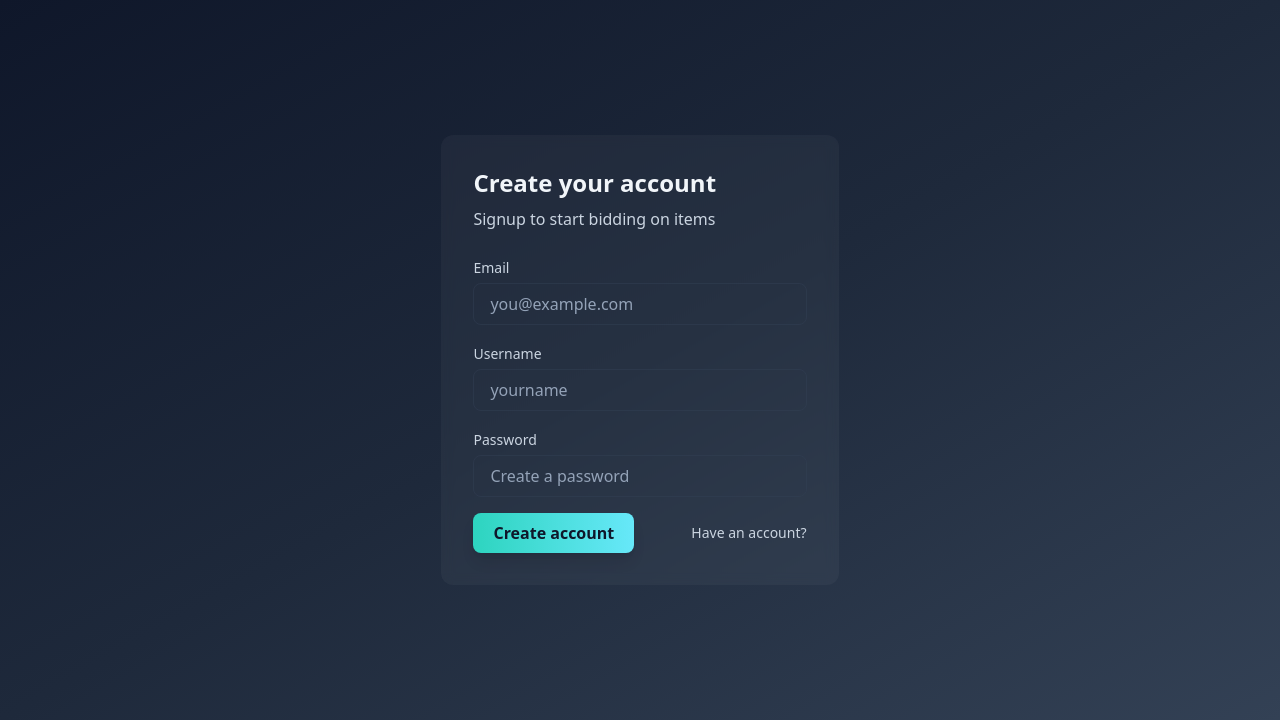
Repository: ChakraVaishnav/Online-Auction-System
Page: /signup (app in online-auction-system-frontend/)
These files come from the project's save history. The page is drawn as it stood at one moment and after the next save; the edit follows.
The browser window is 1280 px wide. The pictures show the whole page.
The project was rebuilt for these pictures with package versions that can differ from the ones it lists, and the page was loaded fresh each time. Also part of the build but not shown: online-auction-system-frontend/vite.config.js, online-auction-system-frontend/src/pages/Landing.jsx, online-auction-system-frontend/src/pages/Login.jsx, online-auction-system-frontend/src/App.css.

Above is the page before, as saved 2025-11-23 17:48:47.

### online-auction-system-frontend/index.html
<!doctype html>
<html lang="en">
  <head>
    <meta charset="UTF-8" />
    <link rel="icon" type="image/svg+xml" href="/vite.svg" />
    <meta name="viewport" content="width=device-width, initial-scale=1.0" />
    <title>online-auction-system-frontend</title>
  </head>
  <body>
    <div id="root"></div>
    <script type="module" src="/src/main.jsx"></script>
  </body>
</html>

### online-auction-system-frontend/src/index.css
@tailwind base;
@tailwind components;
@tailwind utilities;

:root{
	--brand-1: #0f172a; /* slate-900 */
	--brand-2: #0ea5a4; /* teal-400 */
	--accent: #f97316; /* orange-500 */
}

html,body,#root{
	height:100%;
}

body{
	@apply bg-gradient-to-br from-slate-900 via-slate-800 to-slate-700 text-slate-100 antialiased;
	font-family: ui-sans-serif, system-ui, -apple-system, "Segoe UI", Roboto, "Helvetica Neue", Arial;
}

.container-wide{
	@apply max-w-6xl mx-auto px-6;
}

.glass {
	background: rgba(255,255,255,0.04);
	backdrop-filter: blur(6px);
}

.btn-primary{
	@apply inline-flex items-center gap-2 bg-gradient-to-r from-teal-400 to-cyan-300 text-slate-900 font-semibold px-5 py-2 rounded-lg shadow-lg hover:scale-105 transition-transform;
}

.btn-outline{
	@apply inline-flex items-center gap-2 border border-slate-300/20 text-slate-100 px-4 py-2 rounded-lg hover:bg-white/5 transition;
}

.form-input{
	@apply w-full bg-transparent border border-slate-700/50 px-4 py-2 rounded-lg placeholder-slate-400 text-white focus:outline-none focus:ring-2 focus:ring-teal-400;
}

### online-auction-system-frontend/src/App.jsx
import { BrowserRouter, Routes, Route } from 'react-router-dom'
import Landing from './pages/Landing'
import Login from './pages/Login'
import Signup from './pages/Signup'
import './App.css'

function App() {
  return (
    <BrowserRouter>
      <Routes>
        <Route path="/" element={<Landing />} />
        <Route path="/login" element={<Login />} />
        <Route path="/signup" element={<Signup />} />
      </Routes>
    </BrowserRouter>
  )
}

export default App

### online-auction-system-frontend/src/pages/Signup.jsx
import { Link, useNavigate } from 'react-router-dom'
import { useState } from 'react'

export default function Signup(){
  const [email,setEmail] = useState('')
  const [username,setUsername] = useState('')
  const [password,setPassword] = useState('')
  const navigate = useNavigate()

  function handleSubmit(e){
    e.preventDefault()
    if(!email || !username || !password){
      alert('Please fill all fields')
      return
    }
    alert('Account created (demo): ' + username)
    navigate('/')
  }

  return (
    <div className="min-h-screen flex items-center">
      <div className="container-wide mx-auto">
        <div className="max-w-md mx-auto bg-transparent glass p-8 rounded-xl">
          <h2 className="text-2xl font-bold mb-2">Create your account</h2>
          <p className="text-slate-300 mb-6">Signup to start bidding on items</p>

          <form onSubmit={handleSubmit} className="space-y-4">
            <div>
              <label className="text-sm text-slate-300">Email</label>
              <input className="form-input mt-1" type="email" value={email} onChange={e=>setEmail(e.target.value)} placeholder="you@example.com" />
            </div>

            <div>
              <label className="text-sm text-slate-300">Username</label>
              <input className="form-input mt-1" type="text" value={username} onChange={e=>setUsername(e.target.value)} placeholder="yourname" />
            </div>

            <div>
              <label className="text-sm text-slate-300">Password</label>
              <input className="form-input mt-1" type="password" value={password} onChange={e=>setPassword(e.target.value)} placeholder="Create a password" />
            </div>

            <div className="flex items-center justify-between">
              <button className="btn-primary" type="submit">Create account</button>
              <Link to="/login" className="text-sm text-slate-300 hover:underline">Have an account?</Link>
            </div>
          </form>
        </div>
      </div>
    </div>
  )
}

### online-auction-system-frontend/tailwind.config.cjs
module.exports = {
  content: [
    './index.html',
    './src/**/*.{js,jsx,ts,tsx}'
  ],
  theme: {
    extend: {},
  },
  plugins: [],
}

Loaded but not shown: online-auction-system-frontend/src/main.jsx (common file)

After the next save:
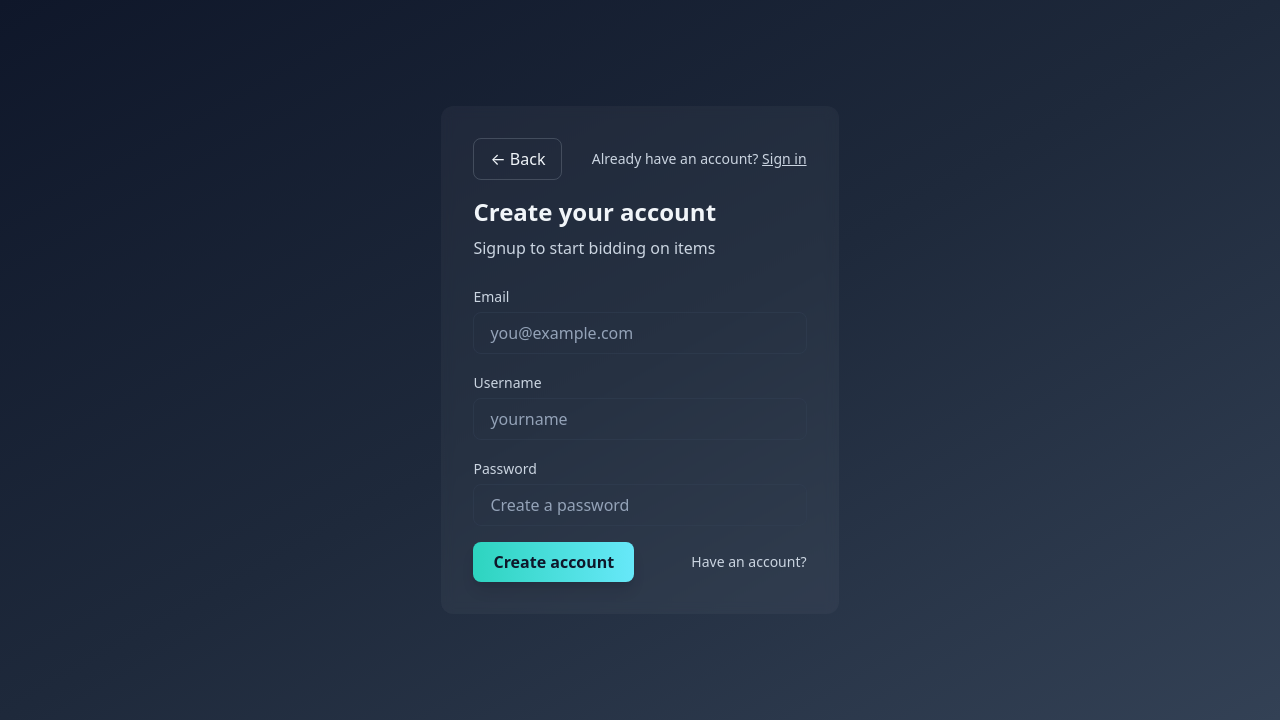
Saved 26 s later.
--- a/online-auction-system-frontend/src/pages/Signup.jsx
+++ b/online-auction-system-frontend/src/pages/Signup.jsx
@@ -21,6 +21,11 @@ export default function Signup(){
     <div className="min-h-screen flex items-center">
       <div className="container-wide mx-auto">
         <div className="max-w-md mx-auto bg-transparent glass p-8 rounded-xl">
+          <div className="flex items-center justify-between mb-4">
+            <Link to="/" className="btn-outline">← Back</Link>
+            <div className="text-slate-300 text-sm">Already have an account? <Link to="/login" className="underline">Sign in</Link></div>
+          </div>
+
           <h2 className="text-2xl font-bold mb-2">Create your account</h2>
           <p className="text-slate-300 mb-6">Signup to start bidding on items</p>
 
